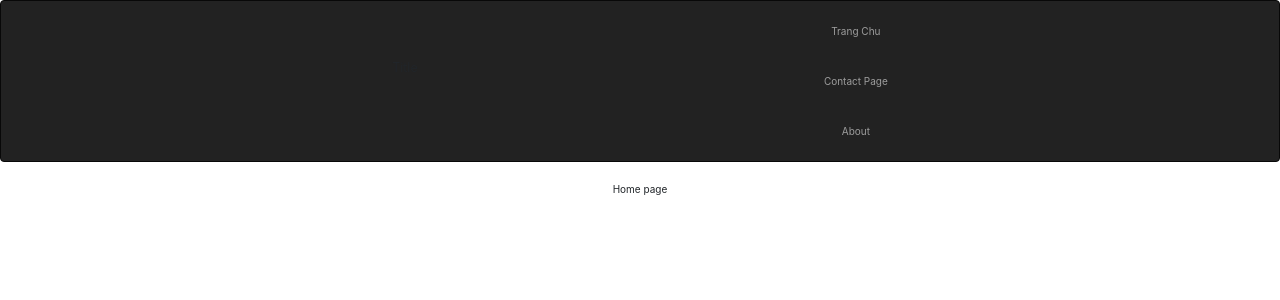
Repository: hntvip/react-route
Page: /
The author's editor kept a copy of each file at every save. The page is drawn from the files as they stood at one save, then again after a run of saves.
The browser window is 1280 px wide. The pictures show the whole page.
The project was rebuilt for these pictures with package versions that can differ from the ones it lists, and the page was loaded fresh each time. Also part of the build but not shown: src/components/About.js, src/components/Contact.js.

Above is the page before, as saved 2019-11-27 16:44:12.

### public/index.html
<!DOCTYPE html>
<html lang="en">
  <head>
    <meta charset="utf-8" />
    <link rel="icon" href="%PUBLIC_URL%/favicon.ico" />
    <meta name="viewport" content="width=device-width, initial-scale=1" />
    <meta name="theme-color" content="#000000" />
    <meta
      name="description"
      content="Web site created using create-react-app"
    />
    <link rel="apple-touch-icon" href="logo192.png" />
    <!--
      manifest.json provides metadata used when your web app is installed on a
      user's mobile device or desktop. See https://developers.google.com/web/fundamentals/web-app-manifest/
    -->
    <link rel="manifest" href="%PUBLIC_URL%/manifest.json" />
    <!--
      Notice the use of %PUBLIC_URL% in the tags above.
      It will be replaced with the URL of the `public` folder during the build.
      Only files inside the `public` folder can be referenced from the HTML.

      Unlike "/favicon.ico" or "favicon.ico", "%PUBLIC_URL%/favicon.ico" will
      work correctly both with client-side routing and a non-root public URL.
      Learn how to configure a non-root public URL by running `npm run build`.
    -->
    <title>React App</title>

    <!-- Latest compiled and minified CSS & JS -->
    <link rel="stylesheet" media="screen" href="//netdna.bootstrapcdn.com/bootstrap/3.3.4/css/bootstrap.min.css">
    <script src="//code.jquery.com/jquery.js"></script>
    <script src="//netdna.bootstrapcdn.com/bootstrap/3.3.4/js/bootstrap.min.js"></script>

  </head>
  <body>
    <noscript>You need to enable JavaScript to run this app.</noscript>
    <div id="root"></div>
    <!--
      This HTML file is a template.
      If you open it directly in the browser, you will see an empty page.

      You can add webfonts, meta tags, or analytics to this file.
      The build step will place the bundled scripts into the <body> tag.

      To begin the development, run `npm start` or `yarn start`.
      To create a production bundle, use `npm run build` or `yarn build`.
    -->
  </body>
</html>

### src/index.js
import React from 'react';
import ReactDOM from 'react-dom';
import './index.css';
import App from './App';
import * as serviceWorker from './serviceWorker';

import '../node_modules/bootstrap/dist/css/bootstrap.css';

ReactDOM.render(<App />, document.getElementById('root'));

// If you want your app to work offline and load faster, you can change
// unregister() to register() below. Note this comes with some pitfalls.
// Learn more about service workers: https://bit.ly/CRA-PWA
serviceWorker.unregister();

### src/App.js
import React from 'react';
import './App.css';
import { BrowserRouter as Router, Route, NavLink} from 'react-router-dom';
import About from './components/About';
import Home from './components/Home';
import Contact from './components/Contact';
function App() {
  return (
    <Router>
      <div className="App">
        <nav className="navbar navbar-inverse">
          <a  className="navbar-brand">Title</a>
          <ul className="nav navbar-nav">
            <li>
              <NavLink to="/">Trang Chu</NavLink>
            </li>
            <li>
              <NavLink to="/contact">Contact Page</NavLink>
            </li>
            <li>
              <NavLink to="/about">About</NavLink>
            </li>
          </ul>
        </nav>
        {/* Noi Dung */}
        <Route path="/" exact component={Home}></Route>
        <Route path="/contact" component={Contact}></Route>
        <Route path="/about" component={About}></Route>
      </div>
    </Router>
  );
}

export default App;

### src/components/Home.js
import React from 'react';

function Home() {
  return (
    <div>Home page</div>
  );
}

export default Home;

Loaded but not shown: src/index.css (common file); src/serviceWorker.js (common file); src/App.css (common file)

After the next 3 saves:
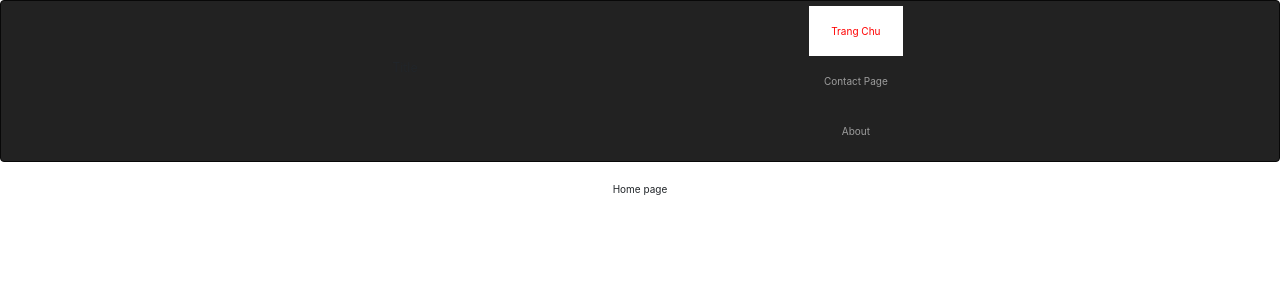
The 3 saves are shown as one change because 1 did not build or start and some came seconds apart.
The last was saved 2 min 5 s later.
--- a/src/App.js
+++ b/src/App.js
@@ -12,7 +12,15 @@ function App() {
           <a  className="navbar-brand">Title</a>
           <ul className="nav navbar-nav">
             <li>
-              <NavLink to="/">Trang Chu</NavLink>
+              <NavLink
+                to="/"
+                activeStyle={{
+                  backgroundColor: 'white',
+                  color: 'red'
+                }}
+              >
+                Trang Chu
+              </NavLink>
             </li>
             <li>
               <NavLink to="/contact">Contact Page</NavLink>
